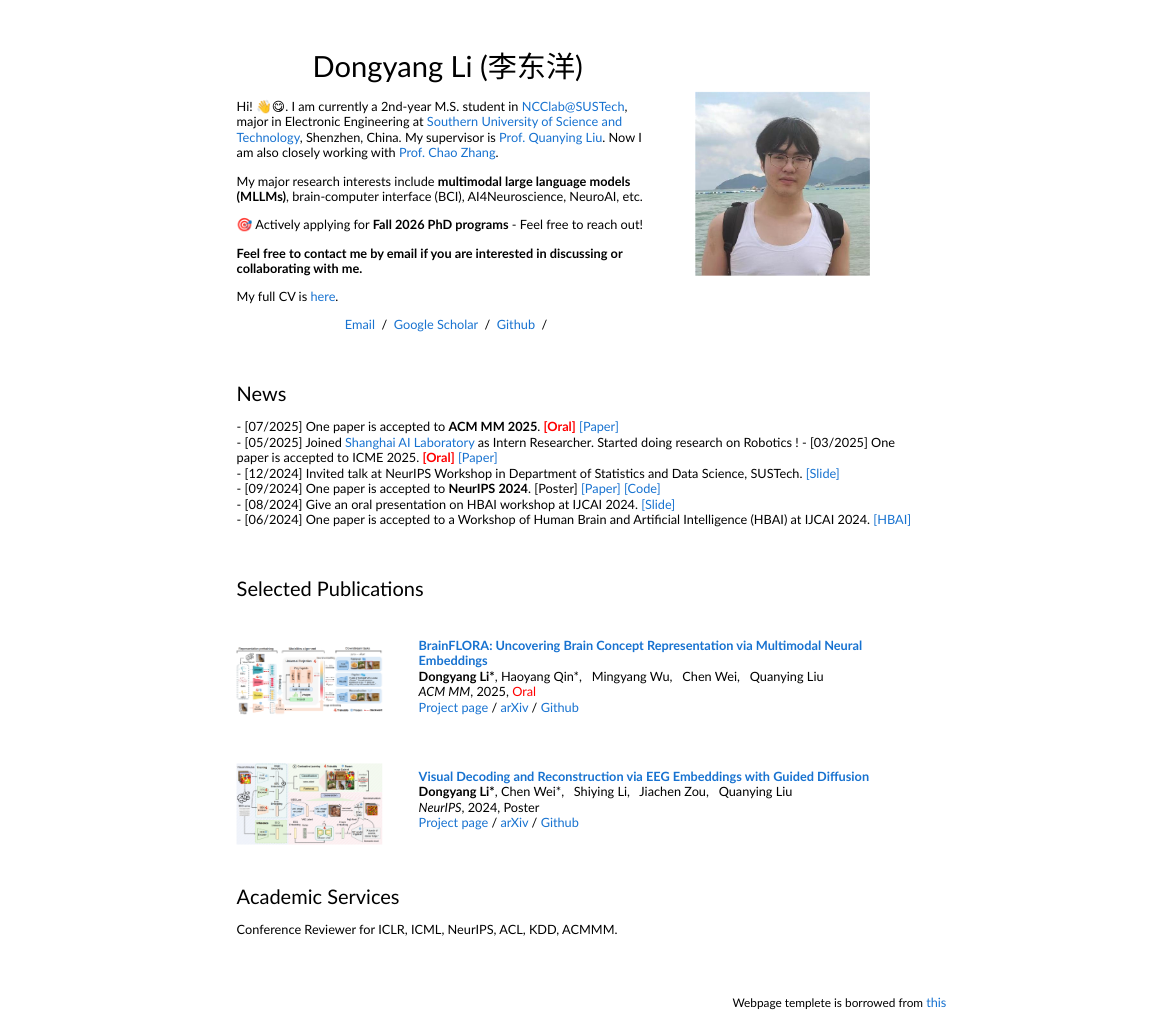
Repository: dongyangli-del/dongyangli-del.github.io
Page: index.html
The author's editor kept a copy of each file at every save. The page is drawn from the files as they stood at one save, then again after the next save.
The browser window is 1280 px wide. The pictures show the whole page, at 91% of full size.

Above is the page before, as saved 2025-07-12 21:40:46.

### index.html
<!DOCTYPE HTML>
<html lang="en">
  <head>

    <meta http-equiv="Content-Type" content="text/html; charset=UTF-8">

    <title>Dongyang Li (李东洋)</title>

    <meta name="author" content="Dongyang Li (李东洋)">
    <meta name="viewport" content="width=device-width, initial-scale=1">

    <link rel="stylesheet" type="text/css" href="stylesheet.css">
    <link rel="icon" href="data:[embedded picture, 141 characters]">
  </head>

  <body>
    <!-- <div class="content">
      <table style="width:100%;border:0px;border-spacing:0px;border-collapse:separate;margin-right:auto;margin-left:auto;"><tbody>
        <tr style="padding:0px">
          <td style="padding:2.5%;width:63%;vertical-align:middle">
            <p class="name" style="text-align: center;">
              Dongyang Li
            </p>

            </p>
            <p>

            </p>
            <p style="text-align:center">
            </p>
          </td>
          <td style="padding:2.5%;width:40%;max-width:40%">
            <a href="myassets/profile.jpg"><img style="width:100%;max-width:100%" alt="profile photo" src="myassets/profile.jpg" class="hoverZoomLink"></a>
          </td>
        </tr>
      </tbody></table>
    </div> -->
    <table style="width:100%;max-width:800px;border:0px;border-spacing:0px;border-collapse:separate;margin-right:auto;margin-left:auto;"><tbody>
      <tr style="padding:0px">
        <td style="padding:0px">
          <table style="width:100%;border:0px;border-spacing:0px;border-collapse:separate;margin-right:auto;margin-left:auto;"><tbody>
            <tr style="padding:0px">
              <td style="padding:2.5%;width:63%;vertical-align:middle">
                <p class="name" style="text-align: center;">
                  Dongyang Li (李东洋)
                </p>
                <p>
                  Hi! 👋😋.
                  I am currently a 2nd-year M.S. student in <a href="https://faculty.sustech.edu.cn/?tagid=liuqy&iscss=1&snapid=1&orderby=date&go=1">NCClab@SUSTech</a>, major in Electronic Engineering at <a href="https://www.sustech.edu.cn/en/">Southern University of Science and Technology</a>, Shenzhen, China.
                  My supervisor is <a href="https://www.sustech.edu.cn/zh/faculties/liuquanying.html">Prof. Quanying Liu</a>. Now I am also closely working with <a href="https://mi.eng.cam.ac.uk/~cz277/">Prof. Chao Zhang</a>.
                </p>
                <p>
                  My major research interests include <strong>multimodal large language models (MLLMs)</strong>, brain-computer interface (BCI), AI4Neuroscience, NeuroAI, etc.
                </p>
                <p>🎯 Actively applying for <strong>Fall 2026 PhD programs</strong> - Feel free to reach out!</p> <span style="color: black; font-weight: bold;">Feel free to contact me by email if you are interested in discussing or collaborating with me.</span>


                <p>
                  My full CV is <a href="https://dongyangli-del.github.io/files/Dongyang_Li_CV.pdf">here</a>.
                </p>
                <p style="text-align:center">
                  <a href="lidy2023@mail.sustech.edu.cn">Email</a> &nbsp;/&nbsp;
                  <a href="https://scholar.google.com/citations?user=4VTOeU4AAAAJ&hl=zh-CN&oi=ao">Google Scholar</a> &nbsp;/&nbsp;
                  <a href="https://github.com/dongyangli-del">Github</a> &nbsp;/&nbsp;
                  <!-- <a href="https://www.linkedin.com/in/yingqing-he-6b2859168/">LinkedIn</a> -->
                </p>
              </td>
              <td style="padding:2.5%;width:40%;max-width:40%">
                <a href="myassets/profile.jpg"><img style="width:75%;max-width:100%" alt="profile photo" src="myassets/profile.jpg" class="hoverZoomLink"></a>
              </td>
            </tr>
          </tbody></table>

          <table style="width:100%;border:0px;border-spacing:0px;border-collapse:separate;margin-right:auto;margin-left:auto;"><tbody>
            <tr>
            <td style="padding:20px;width:100%;vertical-align:middle">
              <h2>News</h2>
              <p>
                - [07/2025] One paper is accepted to <strong>ACM MM 2025</strong>. <span style="color: red; font-weight: bold;">[Oral]</span> <a href="https://arxiv.org/pdf/2410.23754">[Paper]</a><br>

                - [05/2025] Joined <a href="https://www.shlab.org.cn/">Shanghai AI Laboratory</span></a>  as Intern Researcher. Started doing research on Robotics !

                - [03/2025] One paper is accepted to ICME 2025. <span style="color: red; font-weight: bold;">[Oral]</span> <a href="https://arxiv.org/pdf/2410.23754">[Paper]</a><br>

                - [12/2024] Invited talk at NeurIPS Workshop in Department of Statistics and Data Science, SUSTech. <a href="https://dongyangli-del.github.io/files/DongyangLi-20241201.pdf">[Slide]</a><br>

                - [09/2024] One paper is accepted to <strong>NeurIPS 2024</strong>. [Poster] <a href="https://arxiv.org/abs/2403.07721">[Paper]</a> <a href="https://github.com/dongyangli-del/EEG_Image_decode">[Code]</a> <br>

                - [08/2024] Give an oral presentation on HBAI workshop at IJCAI 2024. <a href="https://dongyangli-del.github.io/files/HBAI_2024_DongyangLi.pdf">[Slide]</a><br>

                - [06/2024] One paper is accepted to a Workshop of Human Brain and Artificial Intelligence (HBAI) at IJCAI 2024. <a href="https://hbai2024.github.io/">[HBAI]</a><br>

                <!-- - [10/2024] <font style="color: #d07c22">Invited talk</font> at <a href="https://venue-tutorial.github.io/">ECCV 2024 VENUE (Recent Advances in Video Content Understanding and Generation) Tutorial</a>
                 on the topic of <i>"LLMs Meet image and video generation"</i>.
                 The slides are available at our <a href="https://github.com/YingqingHe/Awesome-LLMs-meet-Multimodal-Generation/blob/main/ECCV2024-VENUE-Tutorial-Slides-LLM-Meet-Image-and-Video-Generation.pdf">Github repo</a>.<br>
                - [08/2024] <font style="color: #d07c22">Invited talk</font> at <a href="https://hunyuan.tencent.com/">Tencent Hunyuan</a>
                 on the topic of <i>"LLMs Meet Multimodal Generation and Editing"</i><br>
                - [08/2024] 1 paper was accepted to <font style="color: #D8429E">ECCV 2024 AI4VA Workshop</font>.<br>
                - [07/2024] 1 paper was accepted to <font style="color: #D8429E">SIGGRAPH Asia 2024</font>.<br>
                - [07/2024] 1 paper was accepted to <font style="color: #D8429E">ECCV 2024</font>.<br>
                - [05/2024] We released a survey paper: <a href="https://arxiv.org/abs/2405.19334">LLMs Meet Multimodal Generation and Editing: A Survey</a>.<br>
                - [03/2024] <font style="color: #d07c22">Invited talk</font> at <a href="https://www.meituan.com/">Meituan</a> on the topic of <i>"Recent Advance of Text-to-Video Generation"</i>.<br>
                - [03/2024] 1 paper was accepted to <font style="color: #D8429E">CVPR 2024</font>.<br>
                - [02/2024] 1 paper was accepted to <font style="color: #D8429E">TVCG 2024</font>.<br>
                - [01/2024] 2 papers were accepted to <font style="color: #D8429E">ICLR 2024</font> (including 1 Spotlight paper).<br>
                - [12/2023] 1 paper was accepted to <font style="color: #D8429E">AAAI 2024</font>.<br>
                - [11/2023] Released <a href="https://arxiv.org/abs/2310.19512">VideoCrafter 1</a>.<br>
                - [08/2023] 1 paper was accepted to <font style="color: #D8429E">SIGGRAPH Asia 2023</font>.<br>
                - [06/2023] <font style="color: #d07c22">Invited talk</font> at <a href="https://sites.google.com/view/loveucvpr23/home">CVPR 2023 LOVEU Workshop</a> on the topic of <i>"Crafting Your Videos: From Unconditional to <br>
                  &nbsp; &nbsp; &nbsp;&nbsp; &nbsp; &nbsp;&nbsp; &nbsp; &nbsp;&nbsp; &nbsp; &nbsp;&nbsp; &nbsp; &nbsp;&nbsp;&nbsp;
                  Controllable Video Diffusion Models"</i>.<br>
                - [04/2023] Released <a href="https://github.com/AILab-CVC/VideoCrafter">VideoCrafter 0.9</a>.<br>
                - [08/2021] 1 paper was accepted to <font style="color: #D8429E">ACM MM 2021</font> as an <font style="color: #D8429E">Oral</font> paper.<br>  -->
              </p>
            </td>
            </tr>
          </tbody></table>
          <table style="width:100%;border:0px;border-spacing:0px;border-collapse:separate;margin-right:auto;margin-left:auto;"><tbody>

    <table style="width:100%;border:0px;border-spacing:0px;border-collapse:separate;margin-right:auto;margin-left:auto;">
      <tbody>
      <tr>
        <td style="padding:20px;width:100%;vertical-align:middle">
          <h2>Selected Publications</h2>
          <!-- <p>
            I'm interested in computer vision, generative models, image/video generation and editing.
          </p> -->
        </td>
      </tr>
      </tbody>
    </table>
    <table style="width:100%;border:0px;border-spacing:0px;border-collapse:separate;margin-right:auto;margin-left:auto;"><tbody>


      <!-- BrainFLORA -->
      <tr>
        <td style="padding:20px;width:25%;vertical-align:middle">
          <img src='myassets/BrainFLORA.png' width="100%">
        </td>
        <td style="padding:20px;width:75%;vertical-align:middle">
          <a href="https://github.com/dongyangli-del/BrainFLORA">
            <span class="papertitle">BrainFLORA: Uncovering Brain Concept Representation via Multimodal Neural Embeddings</span>
          </a>
          <br>
          <strong>Dongyang Li*</strong>,
          <font style="color:black;">Haoyang Qin*, </font> &nbsp;
          <font style="color: black;">Mingyang Wu, </font> &nbsp;
          <font style="color: black;">Chen Wei, </font> &nbsp;
          <font style="color: black;">Quanying Liu </font> &nbsp;
          <br>
          <em>ACM MM</em>, 2025, <font style="color:red;">Oral</font>
          <br>
          <a href="https://github.com/dongyangli-del/BrainFLORA">Project page</a> /
          <a href="https://arxiv.org/pdf/2403.07721">arXiv</a> /
          <a href="https://github.com/dongyangli-del/BrainFLORA">Github</a>
          <p></p>
          <p>
          </p>
        </td>
      </tr>


      <!-- EEG_Image_Decode -->
      <tr>
        <td style="padding:20px;width:25%;vertical-align:middle">
          <img src='myassets/EEG_Image_decode.png' width="100%">
        </td>
        <td style="padding:20px;width:75%;vertical-align:middle">
          <a href="https://github.com/dongyangli-del/EEG_Image_decode/">
            <span class="papertitle">Visual Decoding and Reconstruction via EEG Embeddings with Guided Diffusion</span>
          </a>
          <br>
          <strong>Dongyang Li*</strong>,
          <font style="color:black;">Chen Wei*, </font> &nbsp;
          <font style="color: black;">Shiying Li, </font> &nbsp;
          <font style="color: black;">Jiachen Zou, </font> &nbsp;
          <font style="color: black;">Quanying Liu </font> &nbsp;
          <br>
          <em>NeurIPS</em>, 2024, Poster
          <br>
          <a href="https://dongyangli-del.github.io/EEG_Image_Decode/">Project page</a> /
          <a href="https://arxiv.org/pdf/2403.07721">arXiv</a> /
          <a href="https://github.com/dongyangli-del/EEG_Image_decode">Github</a>
          <p></p>
          <p>
          </p>
        </td>
      </tr>



    <table style="width:100%;border:0px;border-spacing:0px;border-collapse:separate;margin-right:auto;margin-left:auto;"><tbody>
      <tr>
      <td style="padding:20px;width:100%;vertical-align:middle">
        <h2>Academic Services</h2>
        <p>
          Conference Reviewer for ICLR, ICML, NeurIPS, ACL, KDD, ACMMM.<br>
          <!-- Journal Reviewer for TPAMI, IJCV, ACM Computing Surveys. -->
        </p>
      </td>
    </tr>
    </tbody></table>
    <table style="width:100%;border:0px;border-spacing:0px;border-collapse:separate;margin-right:auto;margin-left:auto;"><tbody>

    <!-- </tbody></table>
          <table width="100%" align="center" border="0" cellspacing="0" cellpadding="20"><tbody>
            <tr>
              <td>
                <h2>Miscellanea</h2>
              </td>
            </tr>
          </tbody></table>
          <table width="100%" align="center" border="0" cellpadding="20"><tbody>

            <tr>
              <td style="padding:20px;width:25%;vertical-align:middle"><img src="images/cvf.jpg"></td>
              <td width="75%" valign="center">
                <a href="https://cvpr2023.thecvf.com/Conferences/2023/Organizers">Demo Chair, CVPR 2023</a>
          <br>
                <a href="https://cvpr2022.thecvf.com/area-chairs">Area Chair, CVPR 2022</a>
                <br>
                <a href="http://cvpr2021.thecvf.com/area-chairs">Area Chair & Longuet-Higgins Award Committee Member, CVPR 2021</a>
                <br>
                <a href="http://cvpr2019.thecvf.com/area_chairs">Area Chair, CVPR 2019</a>
                <br>
                <a href="http://cvpr2018.thecvf.com/organizers/area_chairs">Area Chair, CVPR 2018</a>
              </td>
            </tr>
            <tr>
              <td style="padding:20px;width:25%;vertical-align:middle">
                <img src="images/cs188.jpg" alt="cs188">
              </td>
              <td width="75%" valign="center">
                <a href="http://inst.eecs.berkeley.edu/~cs188/sp11/announcements.html">Graduate Student Instructor, CS188 Spring 2011</a>
                <br>
                <a href="http://inst.eecs.berkeley.edu/~cs188/fa10/announcements.html">Graduate Student Instructor, CS188 Fall 2010</a>
                <br>
                <a href="http://aima.cs.berkeley.edu/">Figures, "Artificial Intelligence: A Modern Approach", 3rd Edition</a>
              </td>
            </tr>


            <tr>
              <td align="center" style="padding:20px;width:25%;vertical-align:middle">
                <h2>Basically <br> Blog Posts</h2>
              </td>
              <td width="75%" valign="middle">
                <a href="https://arxiv.org/abs/2112.11687">Squareplus: A Softplus-Like Algebraic Rectifier</a>
                <br>
                <a href="https://arxiv.org/abs/2010.09714">A Convenient Generalization of Schlick's Bias and Gain Functions</a>
                <br>
                <a href="https://arxiv.org/abs/1704.07483">Continuously Differentiable Exponential Linear Units</a>
                <br>
                <a href="https://jonbarron.info/data/cvpr2023_llm_workshop_annotated.pdf">Scholars & Big Models: How Can Academics Adapt?</a>
              </td>
            </tr>
          </tbody></table> -->


          <table style="width:100%;border:0px;border-spacing:0px;border-collapse:separate;margin-right:auto;margin-left:auto;"><tbody>
            <tr>
              <td style="padding:0px">
                <br>
                <p style="text-align:right;font-size:small;">
                  <!-- Feel free to steal this website's <a href="https://github.com/jonbarron/jonbarron_website">source code</a>. <strong>Do not</strong> scrape the HTML from this page itself, as it includes analytics tags that you do not want on your own website &mdash; use the github code instead. Also, consider using <a href="https://leonidk.com/">Leonid Keselman</a>'s <a href="https://github.com/leonidk/new_website">Jekyll fork</a> of this page. -->
                  Webpage templete is borrowed from <a href="https://github.com/jonbarron/jonbarron_website">this</a>
                </p>
              </td>
            </tr>
          </tbody></table>
        </td>
      </tr>
    </table>
  </body>
</html>

### stylesheet.css
/* latin-ext */
.content {
  width: 1000px;
  padding: 25px 50px;
  margin: 25px auto;
  background-color: white;
  box-shadow: 0px 0px 10px #999;
  border-radius: 15px;
  font-family: "Google Sans";
}

@font-face {
  font-family: 'Lato';
  font-style: italic;
  font-weight: 400;
  src: local('Lato Italic'), local('Lato-Italic'), url(https://fonts.gstatic.com/s/lato/v15/S6u8w4BMUTPHjxsAUi-qNiXg7eU0.woff2) format('woff2');
  unicode-range: U+0100-024F, U+0259, U+1E00-1EFF, U+2020, U+20A0-20AB, U+20AD-20CF, U+2113, U+2C60-2C7F, U+A720-A7FF;
}
/* latin */
@font-face {
  font-family: 'Lato';
  font-style: italic;
  font-weight: 400;
  src: local('Lato Italic'), local('Lato-Italic'), url(https://fonts.gstatic.com/s/lato/v15/S6u8w4BMUTPHjxsAXC-qNiXg7Q.woff2) format('woff2');
  unicode-range: U+0000-00FF, U+0131, U+0152-0153, U+02BB-02BC, U+02C6, U+02DA, U+02DC, U+2000-206F, U+2074, U+20AC, U+2122, U+2191, U+2193, U+2212, U+2215, U+FEFF, U+FFFD;
}
/* latin-ext */
@font-face {
  font-family: 'Lato';
  font-style: italic;
  font-weight: 700;
  src: local('Lato Bold Italic'), local('Lato-BoldItalic'), url(https://fonts.gstatic.com/s/lato/v15/S6u_w4BMUTPHjxsI5wq_FQftx9897sxZ.woff2) format('woff2');
  unicode-range: U+0100-024F, U+0259, U+1E00-1EFF, U+2020, U+20A0-20AB, U+20AD-20CF, U+2113, U+2C60-2C7F, U+A720-A7FF;
}
/* latin */
@font-face {
  font-family: 'Lato';
  font-style: italic;
  font-weight: 700;
  src: local('Lato Bold Italic'), local('Lato-BoldItalic'), url(https://fonts.gstatic.com/s/lato/v15/S6u_w4BMUTPHjxsI5wq_Gwftx9897g.woff2) format('woff2');
  unicode-range: U+0000-00FF, U+0131, U+0152-0153, U+02BB-02BC, U+02C6, U+02DA, U+02DC, U+2000-206F, U+2074, U+20AC, U+2122, U+2191, U+2193, U+2212, U+2215, U+FEFF, U+FFFD;
}
/* latin-ext */
@font-face {
  font-family: 'Lato';
  font-style: normal;
  font-weight: 400;
  src: local('Lato Regular'), local('Lato-Regular'), url(https://fonts.gstatic.com/s/lato/v15/S6uyw4BMUTPHjxAwXiWtFCfQ7A.woff2) format('woff2');
  unicode-range: U+0100-024F, U+0259, U+1E00-1EFF, U+2020, U+20A0-20AB, U+20AD-20CF, U+2113, U+2C60-2C7F, U+A720-A7FF;
}
/* latin */
@font-face {
  font-family: 'Lato';
  font-style: normal;
  font-weight: 400;
  src: local('Lato Regular'), local('Lato-Regular'), url(https://fonts.gstatic.com/s/lato/v15/S6uyw4BMUTPHjx4wXiWtFCc.woff2) format('woff2');
  unicode-range: U+0000-00FF, U+0131, U+0152-0153, U+02BB-02BC, U+02C6, U+02DA, U+02DC, U+2000-206F, U+2074, U+20AC, U+2122, U+2191, U+2193, U+2212, U+2215, U+FEFF, U+FFFD;
}
/* latin-ext */
@font-face {
  font-family: 'Lato';
  font-style: normal;
  font-weight: 700;
  src: local('Lato Bold'), local('Lato-Bold'), url(https://fonts.gstatic.com/s/lato/v15/S6u9w4BMUTPHh6UVSwaPGQ3q5d0N7w.woff2) format('woff2');
  unicode-range: U+0100-024F, U+0259, U+1E00-1EFF, U+2020, U+20A0-20AB, U+20AD-20CF, U+2113, U+2C60-2C7F, U+A720-A7FF;
}
/* latin */
@font-face {
  font-family: 'Lato';
  font-style: normal;
  font-weight: 700;
  src: local('Lato Bold'), local('Lato-Bold'), url(https://fonts.gstatic.com/s/lato/v15/S6u9w4BMUTPHh6UVSwiPGQ3q5d0.woff2) format('woff2');
  unicode-range: U+0000-00FF, U+0131, U+0152-0153, U+02BB-02BC, U+02C6, U+02DA, U+02DC, U+2000-206F, U+2074, U+20AC, U+2122, U+2191, U+2193, U+2212, U+2215, U+FEFF, U+FFFD;
}

a {
  color: #1772d0;
  text-decoration: none;
}
/* a {
  color: #761478b2;
  text-decoration: none;
} */
a:focus,
a:hover {
  color: #f09228;
  text-decoration: none;
}

body,
td,
th,
tr,
/* tr {
  border-bottom: 1px solid rgb(183, 168, 192);
} */
p,
a {
  font-family: 'Lato', Verdana, Helvetica, sans-serif;
  font-size: 14px;
}

strong {
  font-family: 'Lato', Verdana, Helvetica, sans-serif;
  font-size: 14px;
}

h2 {
  margin: 0;
  font-weight: normal;
  font-family: 'Lato', Verdana, Helvetica, sans-serif;
  font-size: 22px;
}

.papertitle {
  font-family: 'Lato', Verdana, Helvetica, sans-serif;
  font-size: 14px;
  font-weight: 700;
}

.name {
  padding-top: 20px;
  margin: 0;
  font-family: 'Lato', Verdana, Helvetica, sans-serif;
  font-size: 32px;
}

.one {
  width: 200px;
  height: 200px;
  position: relative;

}

.two {
  width: 200px;
  height: 200px;
  position: absolute;
  transition: opacity .2s ease-in-out;
  -moz-transition: opacity .2s ease-in-out;
  -webkit-transition: opacity .2s ease-in-out;
}

.fade {
  transition: opacity .2s ease-in-out;
  -moz-transition: opacity .2s ease-in-out;
  -webkit-transition: opacity .2s ease-in-out;
}

span.highlight {
  background-color: #ffffd0;
}

After the next save:
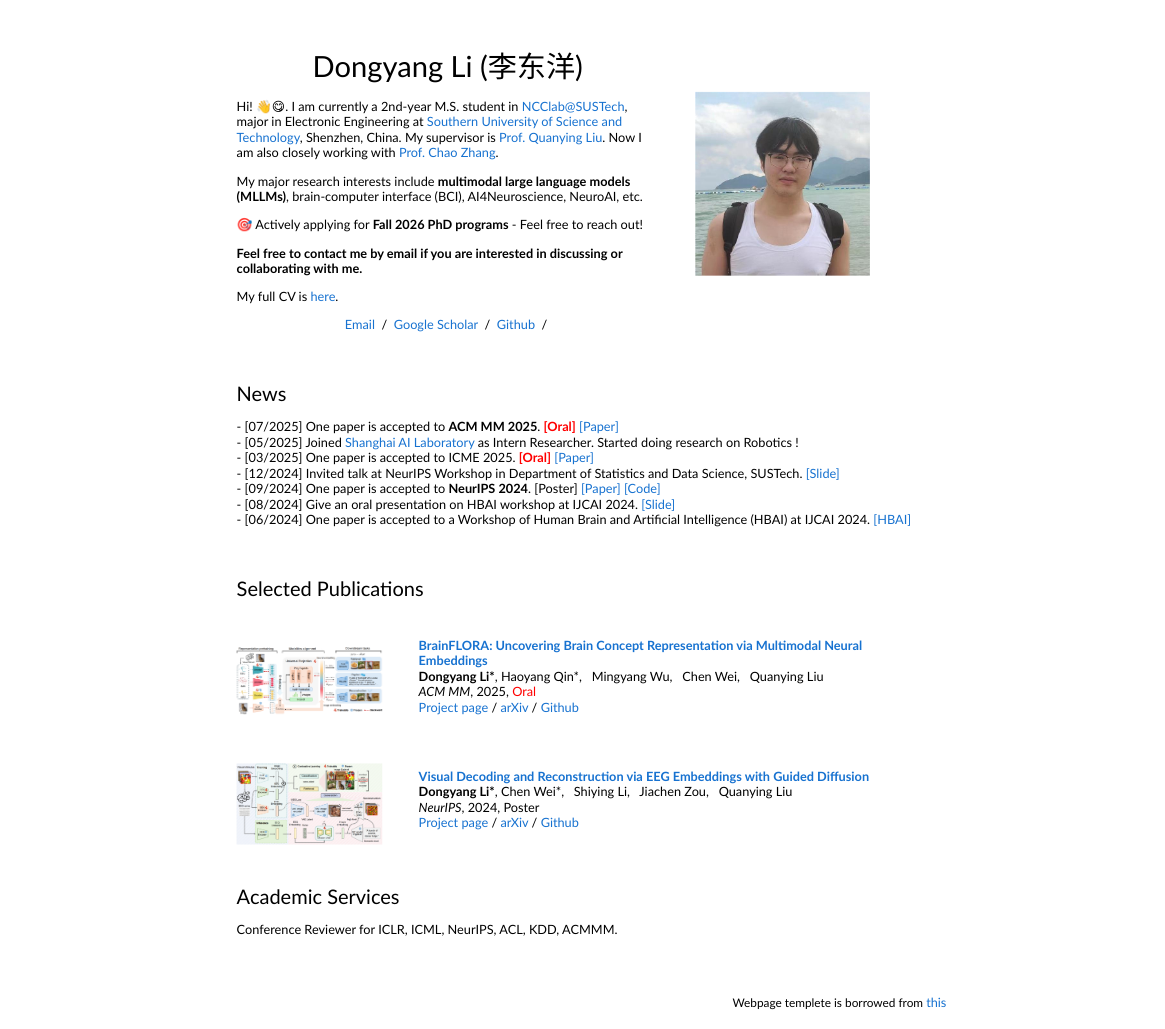
Saved 14 s later.
--- a/index.html
+++ b/index.html
@@ -78,7 +78,7 @@
               <p>
                 - [07/2025] One paper is accepted to <strong>ACM MM 2025</strong>. <span style="color: red; font-weight: bold;">[Oral]</span> <a href="https://arxiv.org/pdf/2410.23754">[Paper]</a><br>
 
-                - [05/2025] Joined <a href="https://www.shlab.org.cn/">Shanghai AI Laboratory</span></a>  as Intern Researcher. Started doing research on Robotics !
+                - [05/2025] Joined <a href="https://www.shlab.org.cn/">Shanghai AI Laboratory</span></a>  as Intern Researcher. Started doing research on Robotics !<br>
 
                 - [03/2025] One paper is accepted to ICME 2025. <span style="color: red; font-weight: bold;">[Oral]</span> <a href="https://arxiv.org/pdf/2410.23754">[Paper]</a><br>
 
